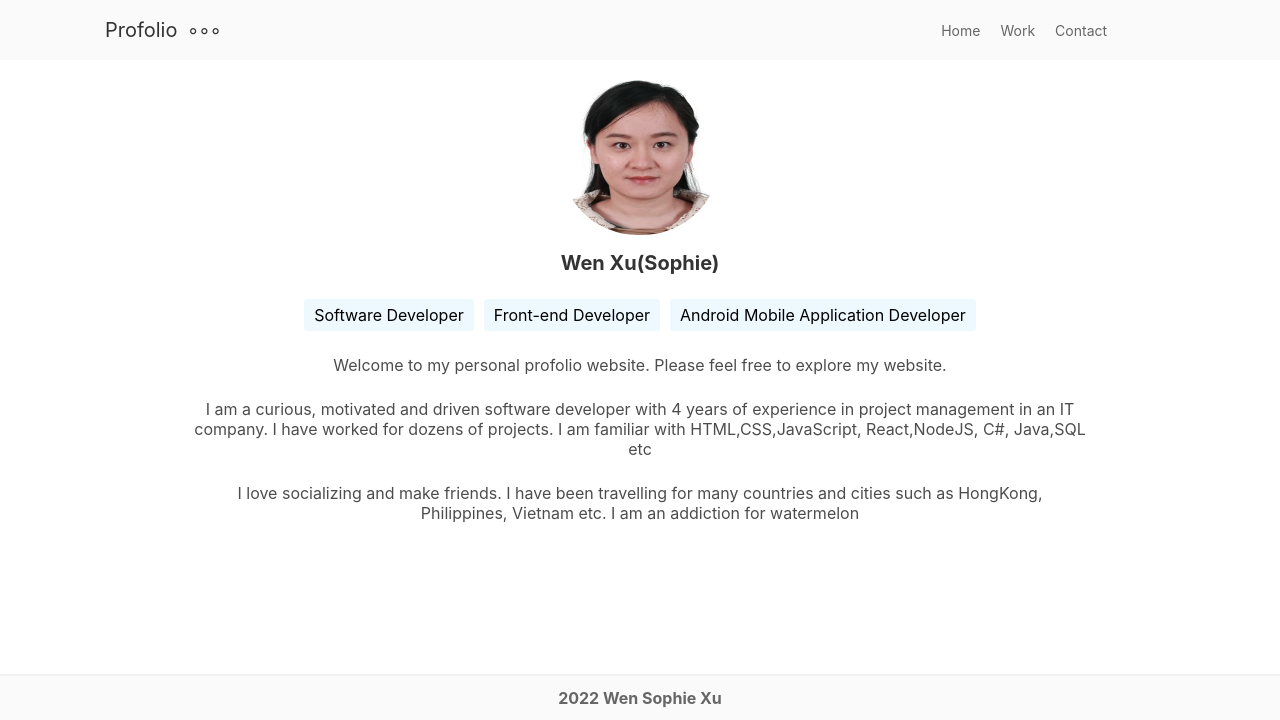
Repository: wenxi0504/myResume_app
Page: /
These files come from the project's save history. The page is drawn as it stood at one moment and after the next save; the edit follows.
The browser window is 1280 px wide. The pictures show the whole page.
The project was rebuilt for these pictures with package versions that can differ from the ones it lists, and the page was loaded fresh each time. Also part of the build but not shown: src/pages/WorkPage/index.js, src/pages/WorkPageDetail/index.js, src/pages/Contact/index.js.

Above is the page before, as saved 2022-01-03 15:49:01.

After the next save:
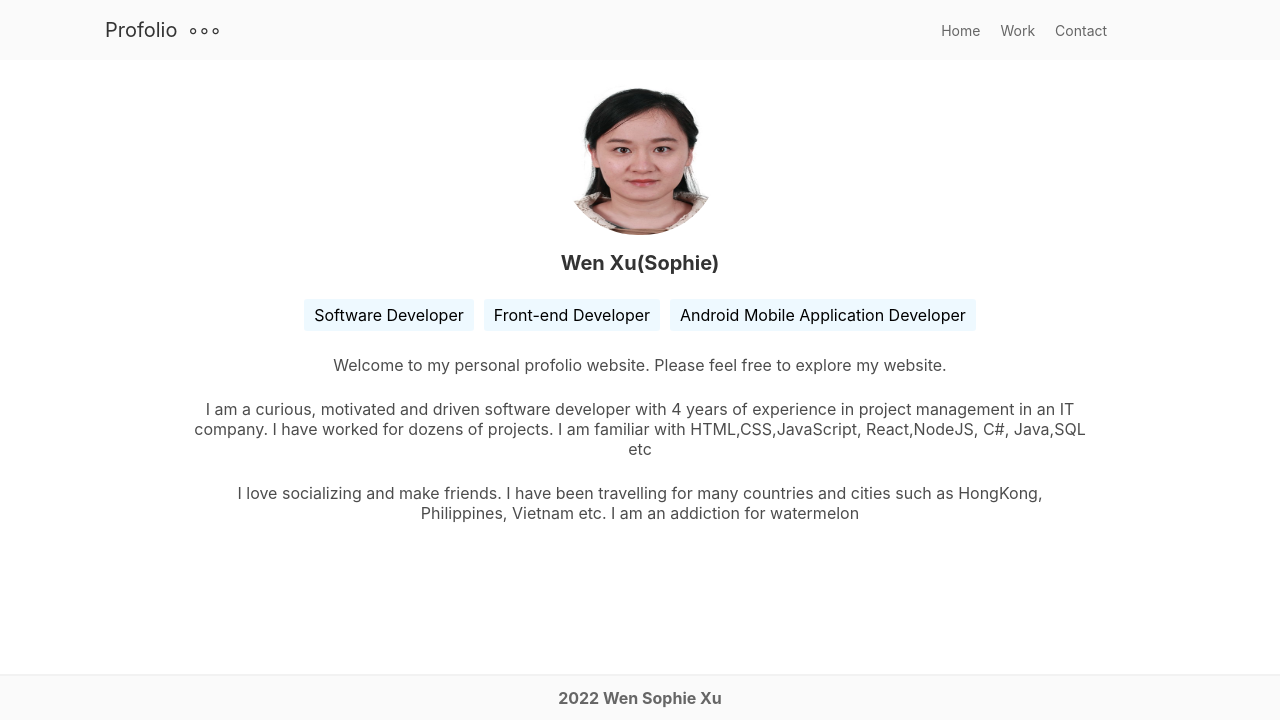
Saved 87 s later.
--- a/src/pages/HomePage/index.js
+++ b/src/pages/HomePage/index.js
@@ -7,7 +7,7 @@ export default () => {
     return <div className={styles.wrap}>
         {/* Personal Info*/}
        <section className={styles.brief}>
-       <img src={require("../../assets/images/wenxuReact2.jpg") }/>
+       <img src={require("../../assets/images/wenxuReact.jpg") }/>
        <h2>Wen Xu(Sophie)</h2>
        <ul>
           <li>Software Developer</li>
